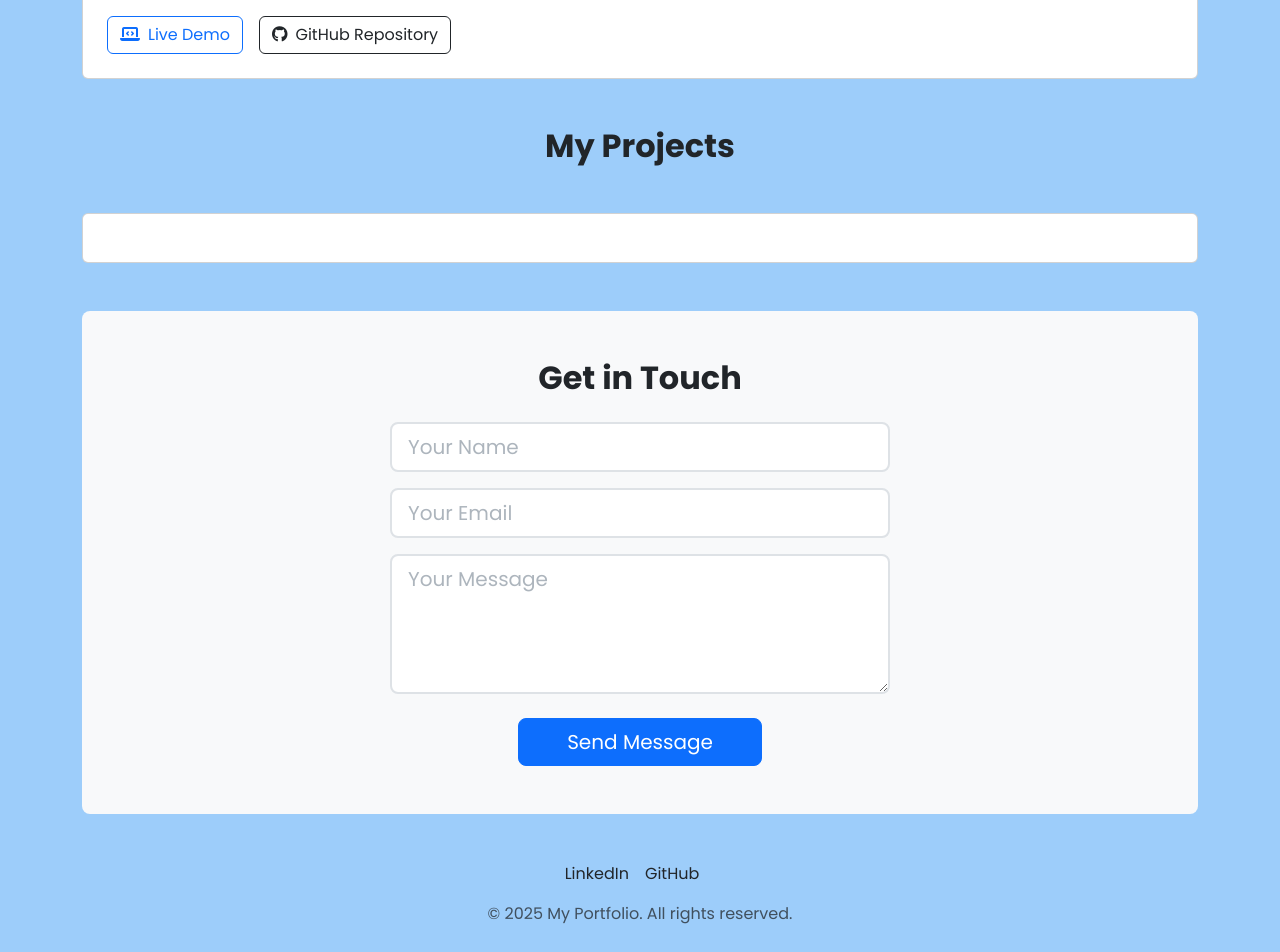
Repository: AdityaTech-Pro/Portfolio-Aditya-Verma
Page: Aditya Portfolio/index.html
These files come from the project's save history. The page is drawn as it stood at one moment and after the next save; the edit follows.
The browser window is 1280 px wide. The pictures show the part of the page from y = 4194 to 5146 px (the page is 5184 px tall before and 5048 px after).

Above is the page before, as saved 2026-01-08 00:16:41.

### Aditya Portfolio/index.html
<!DOCTYPE html>
<html lang="en">

<head>
    <meta charset="UTF-8">
    <meta name="viewport" content="width=device-width, initial-scale=1.0">
    <title>My Portfolio - Bootstrap Utilities</title>
    <!-- Bootstrap CSS -->
    <link href="https://cdn.jsdelivr.net/npm/bootstrap@5.3.2/dist/css/bootstrap.min.css" rel="stylesheet">
    <!-- Font Awesome for icons -->
    <link rel="stylesheet" href="https://cdnjs.cloudflare.com/ajax/libs/font-awesome/6.4.2/css/all.min.css">
    <!-- Google Font: Poppins -->
    <link href="https://fonts.googleapis.com/css2?family=Poppins:wght@300;400;600;700&display=swap" rel="stylesheet">
    <!-- Local custom styles -->
    <link rel="stylesheet" href="styles.css">
    <style>
        /* Custom styles to complement Bootstrap */

         :root {
            --bg: #9dcdfa;
            --card-bg: #ffffff;
            --accent: #0d6efd;
            --text: #212529;
        }

        body {
            background-color: var(--bg);
            color: var(--text);
            transition: background-color 0.3s ease, color 0.3s ease;
        }

        .profile-section {
            background: linear-gradient(to bottom, #f8f9fa, #e9ecef);
            transition: transform 0.3s ease, background 0.3s ease;
        }
        /* Top bar with theme toggle */

        .topbar {
            display: flex;
            justify-content: flex-end;
            align-items: center;
            gap: 1rem;
            margin-bottom: 1rem;
        }

        .theme-toggle {
            display: inline-flex;
            align-items: center;
            gap: 0.5rem;
            background: transparent;
            border: 1px solid rgba(0, 0, 0, 0.08);
            padding: 0.6rem 1rem;
            border-radius: 999px;
            cursor: pointer;
            color: var(--text);
            transition: all 0.3s ease;
        }

        .theme-toggle:hover {
            background: rgba(0, 0, 0, 0.05);
            transform: translateY(-1px);
        }

        .theme-toggle:active {
            transform: translateY(1px);
        }

        .theme-toggle i {
            font-size: 1.1rem;
        }

        .theme-toggle .fa-sun {
            color: #ff9500;
        }

        .theme-toggle .fa-moon {
            display: none;
            color: #6366f1;
        }

        .dark-theme .theme-toggle .fa-sun {
            display: none;
        }

        .dark-theme .theme-toggle .fa-moon {
            display: inline-block;
        }

        .btn-custom {
            transition: transform 0.3s ease;
        }

        .btn-custom:hover {
            transform: translateY(-2px);
        }

        .form-control:focus {
            box-shadow: 0 0 0 0.25rem rgba(13, 110, 253, 0.2);
        }

        .profile-img {
            width: 200px;
            height: 200px;
            object-fit: cover;
            border: 4px solid white;
            box-shadow: 0 4px 6px rgba(0, 0, 0, 0.1);
            transition: transform 0.25s ease;
        }

        .profile-img:hover {
            transform: scale(1.03);
        }
        /* Dark theme overrides */

        body.dark-theme {
            --bg: #0f1724;
            --card-bg: #111827;
            --muted: #9ca3af;
            --accent: #60a5fa;
            --text: #e6eef8;
        }

        .dark-theme .profile-section {
            background: linear-gradient(180deg, rgba(255, 255, 255, 0.02), rgba(255, 255, 255, 0.01));
        }

        .dark-theme .bg-light {
            background-color: #0b1220 !important;
            color: var(--text) !important;
            border: 1px solid rgba(255, 255, 255, 0.04);
        }

        .dark-theme .text-muted {
            color: var(--muted) !important;
        }

        .dark-theme .theme-toggle {
            border-color: rgba(255, 255, 255, 0.1);
        }

        .dark-theme .theme-toggle:hover {
            background: rgba(255, 255, 255, 0.05);
        }
        /* Small polish */

        .max-width-500 {
            max-width: 500px;
        }

        footer a {
            color: inherit;
        }

        @media (max-width: 768px) {
            .profile-img {
                width: 150px;
                height: 150px;
            }
            .topbar {
                justify-content: center;
            }
        }
        /* Project section styles */

        .project-img {
            height: 250px;
            object-fit: cover;
            border-radius: 8px;
        }

        .project-card {
            transition: transform 0.3s ease;
            background: var(--card-bg);
        }

        .project-card:hover {
            transform: translateY(-5px);
        }

        .project-links a {
            transition: opacity 0.3s ease;
        }

        .project-links a:hover {
            opacity: 0.8;
        }

        .video-container {
            position: relative;
            padding-bottom: 56.25%;
            /* 16:9 aspect ratio */
            height: 0;
            overflow: hidden;
            border-radius: 8px;
        }

        .video-container iframe {
            position: absolute;
            top: 0;
            left: 0;
            width: 100%;
            height: 100%;
            border: 0;
        }
    </style>
</head>

<body>
    <!-- Main Container -->
    <div class="container py-5">
        <!-- Top bar: theme toggle and quick actions -->
        <div class="topbar">
            <button id="themeToggle" class="theme-toggle" aria-pressed="false" aria-label="Toggle dark mode">
                <i class="fas fa-sun" aria-hidden="true"></i>
                <i class="fas fa-moon" aria-hidden="true"></i>
                <span class="visually-hidden">Toggle theme</span>
            </button>
        </div>
        <!-- Profile Section -->
        <section class="profile-section p-5 rounded-3 text-center mb-5">
            <img src="https://avatars.githubusercontent.com/u/219658559?s=400&u=7e5a78b2bf82817b3f897e4e53b1019b24af58ee&v=4" alt="Profile Picture" class="profile-img img-fluid rounded-circle mb-4">

            <h1 class="fw-bold mb-2">Aditya Verma</h1>
            <p class="text-muted fs-5 mb-4">Full Stack Web Developer who loves turning ideas into high-performance web applications. With expertise in full-stack MERN development, APIs, and AI 🧠⚙️, I focus on building smart, scalable solutions, Have Command on DSA while solving 500+
                Problem on Leetcode and Well aware about Oop 's ,DBMS ,Computer Network, OS</p>

            <!-- Action Buttons -->
            <div class="d-flex justify-content-center gap-3 mb-5">
                <button class="btn btn-primary btn-lg btn-custom">
                    Hire Me
                </button>
                <a href="./assets/AdityaVerma_Resume.pdf" class="btn btn-outline-primary " download>
                    <i class="fas fa-download me-2"></i>Download CV
                </a>
                <a href="https://www.linkedin.com/in/9905adityaverma/" class="btn btn-outline-primary " target="_blank ">
                    <i class="fa:linkedin-square"></i>My LinkedIn
                </a>
                <a href="https://github.com/AdityaTech-Pro" class="btn btn-outline-primary " target="_blank ">
                    <i class="fab fa-github me-2 "></i>My GitHub
                </a>

            </div>
        </section>

        <!-- Projects Section -->
        <section class="mb-5">
            <h2 class="text-center fw-bold mb-5"> My Projects</h2>

            <!--Project1-->
            <div class="card project-card mb-5">
                <div class="card-body p-4">
                    <h3 class="card-title fw-bold mb-3">AI-Based-Investor-Startup-Matchmaking-Platform</h3>

                    <!-- Project Images -->
                    <div class="row g-4 mb-4">
                        <div class="col-md-4">
                            <img src="./assets/P1a.png" alt="Project Screenshot 1" class="project-img img-fluid w-100">
                        </div>
                        <div class="col-md-4">
                            <img src="./assets/P1b.png" alt="Project Screenshot 2" class="project-img img-fluid w-100">
                        </div>
                        <div class="col-md-4">
                            <img src="./assets/P1c.png" alt="Project Screenshot 3" class="project-img img-fluid w-100">
                        </div>
                    </div>

                    <!-- Project Video -->
                    <div class="video-container mb-4">
                        <iframe src="./assets/Project (AI based S&IP).mp4" title="Project Demo " allow="accelerometer; autoplay; clipboard-write; encrypted-media; gyroscope; picture-in-picture " allowfullscreen></iframe>
                    </div>

                    <!-- Project Description -->
                    <p class="card-text mb-4 ">
                        An innovative platform that uses artificial intelligence to match investors with promising startups based on various parameters including industry focus, investment stage, funding requirements, and growth metrics.
                    </p>

                    <!-- Project Links -->
                    <div class="project-links d-flex gap-3 ">
                        <a href="http://localhost:3000 " class="btn btn-outline-primary " target="_blank ">
                            <i class="fas fa-laptop-code me-2 "></i>Live Demo
                        </a>
                        <a href="https://github.com/KS-Vijay/AI-Based-Investor-Startup-Matchmaking-Platform " class="btn btn-outline-dark " target="_blank ">
                            <i class="fab fa-github me-2 "></i>GitHub Repository
                        </a>
                    </div>
                </div>
            </div>

            <!--Project2-->
            <div class="card project-card mb-5 ">
                <div class="card-body p-4 ">
                    <h3 class="card-title fw-bold mb-3 ">Lung Cancer Detection using Convolutional Neural Network (CNN)</h3>

                    <!-- Project Images -->
                    <div class="row g-4 mb-4 ">
                        <div class="col-md-4 ">
                            <img src="./assets/P2a.png " alt="Project Screenshot 1 " class="project-img img-fluid w-100 ">
                        </div>
                        <div class="col-md-4 ">
                            <img src="./assets/P2b.png " alt="Project Screenshot 2 " class="project-img img-fluid w-100 ">
                        </div>
                        <div class="col-md-4 ">
                            <img src="./assets/P2c.png " alt="Project Screenshot 3 " class="project-img img-fluid w-100 ">
                        </div>
                    </div>

                    <!-- Project Video -->
                    <div class="video-container mb-4 ">
                        <iframe src="./assets/Project Lung Cancer Detection using Full Stack MERN and AIML CNN Model.mp4 " title="Project Demo " allow="accelerometer; autoplay; clipboard-write; encrypted-media; gyroscope; picture-in-picture " allowfullscreen></iframe>
                    </div>

                    <!-- Project Description -->
                    <p class="card-text mb-4 ">
                        An innovative platform that uses artificial intelligence to match investors with promising startups based on various parameters including industry focus, investment stage, funding requirements, and growth metrics.
                    </p>

                    <!-- Project Links -->
                    <div class="project-links d-flex gap-3 ">
                        <a href="http://localhost:3000 " class="btn btn-outline-primary " target="_blank ">
                            <i class="fas fa-laptop-code me-2 "></i>Live Demo
                        </a>
                        <a href="https://github.com/AdityaTech-Pro/Lung-Cancer-Detection-using-Convolutional-Neural-Network" class="btn btn-outline-dark " target="_blank ">
                            <i class="fab fa-github me-2 "></i>GitHub Repository
                        </a>
                    </div>
                </div>
            </div>

            <!--Project3-->
            <div class="card project-card mb-5 ">
                <div class="card-body p-4 ">
                    <h3 class="card-title fw-bold mb-3 ">Braj Museum</h3>

                    <!-- Project Images -->
                    <div class="row g-4 mb-4 ">
                        <div class="col-md-4 ">
                            <img src="./assets/P3a.png " alt="Project Screenshot 1 " class="project-img img-fluid w-100 ">
                        </div>
                        <div class="col-md-4 ">
                            <img src="./assets/P3b.png " alt="Project Screenshot 2 " class="project-img img-fluid w-100 ">
                        </div>
                        <div class="col-md-4 ">
                            <img src="./assets/P3c.png " alt="Project Screenshot 3 " class="project-img img-fluid w-100 ">
                        </div>
                    </div>

                    <!-- Project Video -->
                    <div class="video-container mb-4 ">
                        <iframe src="./assets/Braj-Museum.mp4 " title="Project Demo " allow="accelerometer; autoplay; clipboard-write; encrypted-media; gyroscope; picture-in-picture " allowfullscreen></iframe>
                    </div>

                    <!-- Project Description -->
                    <p class="card-text mb-4 ">
                        An innovative platform that uses artificial intelligence to match investors with promising startups based on various parameters including industry focus, investment stage, funding requirements, and growth metrics.
                    </p>

                    <!-- Project Links -->
                    <div class="project-links d-flex gap-3 ">
                        <a href="http://localhost:3000 " class="btn btn-outline-primary " target="_blank ">
                            <i class="fas fa-laptop-code me-2 "></i>Live Demo
                        </a>
                        <a href="https://github.com/AdityaTech-Pro/Braj-Museum " class="btn btn-outline-dark " target="_blank ">
                            <i class="fab fa-github me-2 "></i>GitHub Repository
                        </a>
                    </div>
                </div>
            </div>
        </section>

        <section class="mb-5">
            <h2 class="text-center fw-bold mb-5"> My Projects</h2>
            <!--Certificate1-->
            <div class="card project-card mb-5">
                <div class="card-body p-4">



                </div>
            </div>
        </section>

        <!-- Contact Form Section -->
        <section class="bg-light p-5 rounded-3 ">
            <h2 class="text-center fw-bold mb-4 ">Get in Touch</h2>

            <form class="max-width-500 mx-auto ">
                <div class="mb-3 ">
                    <input type="text " class="form-control form-control-lg " placeholder="Your Name " required>
                </div>

                <div class="mb-3 ">
                    <input type="email " class="form-control form-control-lg " placeholder="Your Email " required>
                </div>

                <div class="mb-4 ">
                    <textarea class="form-control form-control-lg " rows="4 " placeholder="Your Message " required></textarea>
                </div>

                <div class="text-center ">
                    <button type="submit " class="btn btn-primary btn-lg px-5 btn-custom ">
                        Send Message
                    </button>
                </div>
            </form>
        </section>

        <!-- Footer -->
        <footer class="text-center mt-5 ">
            <div class="d-flex justify-content-center gap-3 ">
                <a href="https://www.linkedin.com/in/aditya-verma-2a3915289/ " class="text-decoration-none text-dark ">LinkedIn</a>
                <a href="https://github.com/AdityaTech-Pro " class="text-decoration-none text-dark ">GitHub</a>
                <a href="# " class="text-decoration-none text-dark "></a>
            </div>
            <p class="text-muted mt-3 ">&copy; 2025 My Portfolio. All rights reserved.</p>
        </footer>
    </div>

    <!-- Theme toggle script -->
    <script>
        (function() {
            const toggle = document.getElementById('themeToggle');
            const body = document.body;
            const saved = localStorage.getItem('theme');

            if (!toggle) return;

            function applyTheme(theme) {
                if (theme === 'dark') {
                    body.classList.add('dark-theme');
                    toggle.setAttribute('aria-pressed', 'true');
                } else {
                    body.classList.remove('dark-theme');
                    toggle.setAttribute('aria-pressed', 'false');
                }
            }

            // initial theme: saved -> user preference -> light
            if (saved) {
                applyTheme(saved);
            } else if (window.matchMedia && window.matchMedia('(prefers-color-scheme: dark)').matches) {
                applyTheme('dark');
            }

            toggle.addEventListener('click', function() {
                const isDark = body.classList.toggle('dark-theme');
                localStorage.setItem('theme', isDark ? 'dark' : 'light');
                toggle.setAttribute('aria-pressed', String(isDark));
            });
        })();
    </script>

    <!-- Bootstrap JS -->
    <script src="https://cdn.jsdelivr.net/npm/bootstrap@5.3.2/dist/js/bootstrap.bundle.min.js "></script>
</body>

</html>

### Aditya Portfolio/styles.css
/* Custom styles to enhance Bootstrap */

/* Body and general styles */
body {
    font-family: 'Poppins', 'Segoe UI', system-ui, -apple-system, sans-serif;
    background-color: #ffffff;
}

/* Container max-width for larger screens */
.container {
    max-width: 1140px;
}

/* Profile section styling */
.profile-section {
    background: linear-gradient(135deg, #f8f9fa 0%, #e9ecef 100%);
    border: 1px solid rgba(0, 0, 0, 0.1);
    transition: transform 0.3s ease;
}

.profile-section:hover {
    transform: translateY(-5px);
}

/* Profile image styling */
.profile-img {
    width: 200px;
    height: 200px;
    object-fit: cover;
    border: 4px solid white;
    box-shadow: 0 4px 15px rgba(0, 0, 0, 0.1);
    transition: transform 0.3s ease;
}

.profile-img:hover {
    transform: scale(1.05);
}

/* Button enhancements */
.btn-custom {
    transition: all 0.3s ease;
    position: relative;
    overflow: hidden;
}

.btn-custom:hover {
    transform: translateY(-2px);
    box-shadow: 0 5px 15px rgba(0, 0, 0, 0.1);
}

.btn-custom:active {
    transform: translateY(0);
}

/* Form styling */
.form-control {
    border: 2px solid #dee2e6;
    transition: all 0.3s ease;
}

.form-control:focus {
    border-color: #0d6efd;
    box-shadow: 0 0 0 0.25rem rgba(13, 110, 253, 0.2);
}

.form-control::placeholder {
    color: #adb5bd;
}

/* Social links styling */
.social-links a {
    transition: color 0.3s ease, transform 0.15s ease;
    color: #0d6efd;
    font-weight: 700;
}

.social-links a:hover {
    color: #0b5ed7 !important;
    transform: translateY(-1px);
}

/* Custom animations */
@keyframes fadeInUp {
    from {
        opacity: 0;
        transform: translateY(20px);
    }
    to {
        opacity: 1;
        transform: translateY(0);
    }
}

.profile-section, .contact-form {
    animation: fadeInUp 0.5s ease-out forwards;
}

/* Form success state */
.form-control:valid {
    border-color: #198754;
}

/* Custom section styling */
.custom-section {
    border-radius: 15px;
    overflow: hidden;
}

/* Typography enhancements */
h1 {
    letter-spacing: -0.5px;
}

.tagline {
    font-size: 1.25rem;
    color: #6c757d;
}

/* Responsive adjustments */
@media (max-width: 768px) {
    .profile-img {
        width: 150px;
        height: 150px;
    }

    .btn-custom {
        width: 100%;
        margin-bottom: 0.5rem;
    }

    .profile-section {
        padding: 2rem !important;
    }
}

/* Dark mode support */
@media (prefers-color-scheme: dark) {
    body {
        background-color: #212529;
        color: #f8f9fa;
    }

    .profile-section {
        background: linear-gradient(135deg, #343a40 0%, #212529 100%);
    }

    .form-control {
        background-color: #343a40;
        border-color: #495057;
        color: #f8f9fa;
    }

    .form-control::placeholder {
        color: #6c757d;
    }

    .bg-light {
        background-color: #343a40 !important;
    }

    .text-dark {
        color: #f8f9fa !important;
    }
}

/* When user toggles dark-theme via JS */
.dark-theme .social-links a {
    color: #93c5fd;
}

.dark-theme .social-links a:hover {
    color: #60a5fa !important;
}

/* Handle anchors that also carry Bootstrap's .text-dark (which uses !important) */
.social-links a.text-dark {
    color: #0d6efd !important;
    font-weight: 700;
}

.dark-theme .social-links a.text-dark {
    color: #93c5fd !important;
}

/* Loading animation */
.page-loading {
    opacity: 0;
    animation: fadeIn 0.5s ease-out forwards;
}

@keyframes fadeIn {
    to {
        opacity: 1;
    }
}

/* Custom scrollbar */
::-webkit-scrollbar {
    width: 10px;
}

::-webkit-scrollbar-track {
    background: #f1f1f1;
}

::-webkit-scrollbar-thumb {
    background: #888;
    border-radius: 5px;
}

::-webkit-scrollbar-thumb:hover {
    background: #555;
}

After the next save:
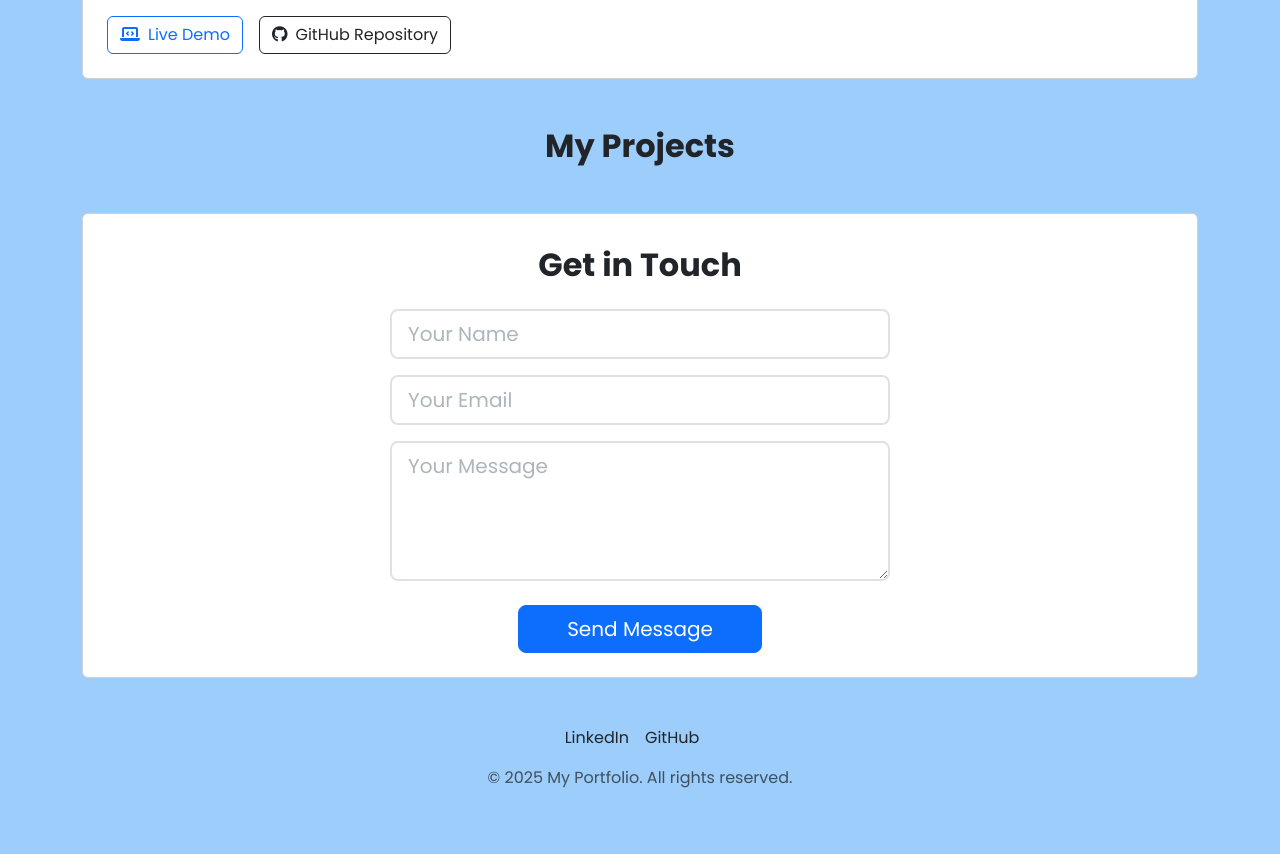
Saved 4 s later.
--- a/Aditya Portfolio/index.html
+++ b/Aditya Portfolio/index.html
@@ -372,7 +372,7 @@
             <!--Certificate1-->
             <div class="card project-card mb-5">
                 <div class="card-body p-4">
-
+                    <h3 class="card-title
 
 
                 </div>
@@ -380,7 +380,7 @@
         </section>
 
         <!-- Contact Form Section -->
-        <section class="bg-light p-5 rounded-3 ">
+        <section class=" bg-light p-5 rounded-3 ">
             <h2 class="text-center fw-bold mb-4 ">Get in Touch</h2>
 
             <form class="max-width-500 mx-auto ">
